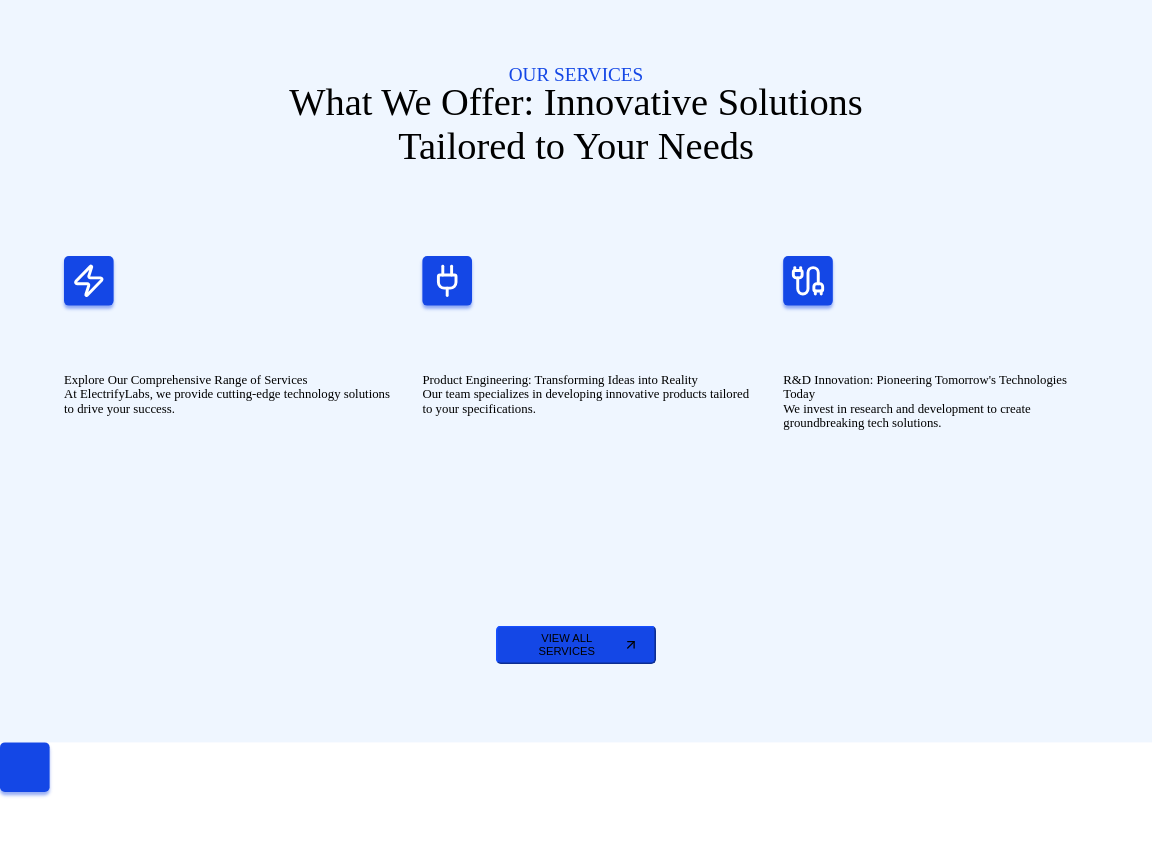
Repository: neelpatel6262/electrifylabs_homepage
Page: /
The author's editor kept a copy of each file at every save. The page is drawn from the files as they stood at one save, then again after a run of saves.
The browser window is 1280 px wide. The page is 1440 px wide, so the pictures cover 1440 px, including what lies to the right of the window. The pictures show the whole page, at 80% of full size.
The project was rebuilt for these pictures with package versions that can differ from the ones it lists, and the page was loaded fresh each time. Also part of the build but not shown: vite.config.js.

Above is the page before, as saved 2026-02-20 00:04:33.

### index.html
<!doctype html>
<html lang="en">
  <head>
    <meta charset="UTF-8" />
    <link rel="icon" type="image/svg+xml" href="/vite.svg" />
    <meta name="viewport" content="width=device-width, initial-scale=1.0" />
    <title>react-practice</title>
  </head>
  <body>
    <div id="root"></div>
    <script type="module" src="/src/main.jsx"></script>
  </body>
</html>

### src/main.jsx
import { StrictMode } from 'react'
import { createRoot } from 'react-dom/client'
import './index.css'
import ServiceSection from './components/ServiceSection.jsx'
import ServiceCard from './components/ServiceCard.jsx'



createRoot(document.getElementById('root')).render(
  <>
    <ServiceSection />
    <ServiceCard />
  </>
)

### src/index.css
@tailwind base;
@tailwind components;
@tailwind utilities;

:root {
  /* Color Variables */
  --primary-color: #1447e6;
  --primary-hover-color: #0f3bc4;
  --secondary-color: #eff6ff;
  --background-light: #bcdaff;
  --text-primary: #171717;
  --text-secondary: #433c38;
  --text-light: #9ca3af;
  --white: #ffffff;
  --black: #000000;
  --dark-text: #0c0a09;
  --border-color: #1447e6;
  --shadow-color: rgba(20, 71, 230, 0.44);
  --error-color: #ef4444;
  --error-dark: #dc2626;
  --success-color: #10b981;
  --success-dark: #059669;
  --warning-color: #f59e0b;
  --warning-dark: #d97706;
  --ripple-color: rgba(255, 255, 255, 0.3);

  /* Typography Variables */
  --font-family: "Space Grotesk", sans-serif;
  --font-size-xs: 10px;
  --font-size-sm: 12px;
  --font-size-base: 14px;
  --font-size-md: 16px;
  --font-size-lg: 18px;
  --font-size-xl: 24px;
  --font-size-2xl: 32px;
  --font-size-3xl: 36px;
  --font-size-4xl: 48px;
  --font-size-5xl: 86px;

  /* Font Weight Variables */
  --font-weight-normal: 400;
  --font-weight-medium: 500;
  --font-weight-semibold: 600;
  --font-weight-bold: 800;
  --font-weight-black: 900;

  /* Spacing Variables */
  --spacing-xs: 4px;
  --spacing-sm: 8px;
  --spacing-md: 12px;
  --spacing-base: 14px;
  --spacing-lg: 16px;
  --spacing-xl: 20px;
  --spacing-2xl: 22px;
  --spacing-3xl: 28px;
  --spacing-4xl: 42px;
  --spacing-5xl: 44px;
  --spacing-6xl: 46px;
  --spacing-7xl: 62px;
  --spacing-8xl: 78px;
  --spacing-9xl: 80px;
  --spacing-10xl: 100px;

  /* Border Radius Variables */
  --border-radius-sm: 6px;
  --border-radius-md: 12px;
  --border-radius-lg: 38px;
  --border-radius-xl: 44px;
  --border-radius-full: 50%;

  /* Shadow Variables */
  --shadow-sm: 0px 4px 4px 0px var(--shadow-color);
  --shadow-md: 0 8px 32px rgba(0, 0, 0, 0.1);
  --shadow-lg: 0 10px 40px rgba(0, 0, 0, 0.2);
  --shadow-xl: 0 12px 40px rgba(0, 0, 0, 0.15);

  /* Layout Variables */
  --container-width: 1440px;
  --content-width: 1280px;
  --navbar-height: 88px;
  --button-height: 48px;
  --input-height: 76px;

  /* Transition Variables */
  --transition-fast: 0.3s ease-in-out;
  --transition-medium: 0.5s cubic-bezier(0.68, -0.55, 0.265, 1.55);

  /* Line Height Variables */
  --line-height-tight: 100%;
  --line-height-normal: 120%;
  --line-height-relaxed: 140%;
  --line-height-loose: 160%;
}

* {
  margin: 0;
  padding: 0;
  box-sizing: border-box;
}


.service-section {
  width: var(--container-width);
  height: 928px;
  background-color: var(--secondary-color);
  padding: var(--spacing-9xl) var(--spacing-10xl) var(--spacing-9xl) var(--spacing-10xl);
}

.service-container {
  width: var(--content-width);
  height: 728px;
}

.service-intro-section {
  width: 765px;
  height: 162px;
  margin-left: 257.5px;
  margin-right: 257.5px;
  text-align: center;
}

.service-body-heading {
  height: var(--spacing-xl);
  width: 765px;
  font-size: var(--font-size-xl);
  text-transform: uppercase;
  color: var(--primary-color);
  font-weight: var(--font-weight-semibold);
  margin-bottom: var(--spacing-2xl);
}

.service-heading {
  width: 765px;
  height: 116px;
  text-align: center;
  font-weight: var(--font-weight-semibold);
  font-size: var(--font-size-4xl);
}

.services-cards-section {
  margin-top: var(--spacing-8xl);
  margin-bottom: var(--spacing-8xl);
  display: flex;
  width: var(--content-width);
  height: 362px;
  gap: 38px;
}

.service-card-one {
  width: 402px;
  height: 362px;
  border: 2px solid var(--primary-color);
  border-radius: var(--border-radius-md);
  padding: 33px 29px 33px 29px;
}

.service-icon {
  width: var(--spacing-7xl);
  height: var(--spacing-7xl);
  background-color: var(--primary-color);
  border-radius: var(--border-radius-sm);
  margin-bottom: 84px;
  padding: 9px;
  box-shadow: var(--shadow-sm);
}

.service-icon svg {
  width: var(--spacing-5xl);
  height: var(--spacing-5xl);
  color: var(--white);
}

.service-card-heading {
  font-size: var(--font-size-xl);
  line-height: var(--line-height-loose);
  width: 318px;
  height: 76px;
  font-weight: var(--font-weight-semibold);
  margin-bottom: var(--spacing-2xl);
}

.service-card-subheading {
  width: 344px;
  height: 52px;
  font-size: var(--font-size-md);
  line-height: var(--line-height-loose);
}

.service-card-two {
  width: 402px;
  height: 362px;
  border: 2px solid var(--primary-color);
  border-radius: var(--border-radius-md);
  padding: 33px 21px 33px 21px;
}

.service-card-two-heading {
  font-size: var(--font-size-xl);
  line-height: var(--line-height-loose);
  width: 361px;
  height: 76px;
  font-weight: var(--font-weight-semibold);
  margin-bottom: var(--spacing-2xl);
}

.service-card-two-subheading {
  width: 360px;
  height: var(--button-height);
  font-size: var(--font-size-md);
  line-height: var(--line-height-loose);
}

.service-card-three {
  width: 402px;
  height: 362px;
  border: 2px solid var(--primary-color);
  border-radius: var(--border-radius-md);
  padding: 33px 17px 33px 17px;
}

.service-card-three-heading {
  width: 386px;
  height: 76px;
  font-weight: var(--font-weight-semibold);
  margin-bottom: var(--spacing-2xl);
  font-size: var(--font-size-xl);
  line-height: var(--line-height-loose);
}

.service-card-three-subheading {
  font-size: var(--font-size-md);
  line-height: var(--line-height-loose);
  width: 353px;
  height: var(--button-height);
}

.service-btn {
  border-radius: var(--border-radius-sm);
  background-color: var(--primary-color);
  border-color: var(--primary-color);
  color: var(--white);
  font-size: var(--font-size-base);
  text-transform: uppercase;
  padding: 10px var(--spacing-xl) 10px var(--spacing-xl);
  width: 200px;
  height: var(--button-height);
  gap: var(--spacing-md);
  margin-left: 540px;
  letter-spacing: 1%;
  margin-right: 540px;
}

.service-btn:hover {
  box-shadow: var(--shadow-sm);
  transition: box-shadow var(--transition-fast);
}

.service-btn svg {
  width: var(--spacing-2xl);
  margin-left: var(--spacing-xs);
  align-items: center;
}

.service-btn-container {
  width: 168px;
  height: var(--spacing-xl);
  display: flex;
  align-items: center;
}

### src/components/ServiceSection.jsx
import { Zap, Plug, Cable, ArrowUpRight } from 'lucide-react';
import ServiceCard from './ServiceCard'

const cards = [
  {
    id: 1,
    icon: <Zap size={24} color="white" />,
    heading: "Explore Our Comprehensive Range of Services",
    subheading: "At ElectrifyLabs, we provide cutting-edge technology solutions to drive your success.",
  },
  {
    id: 2,
    icon: <Plug size={24} color="white" />,
    heading: "Product Engineering: Transforming Ideas into Reality",
    subheading: "Our team specializes in developing innovative products tailored to your specifications.",
  },
  {
    id: 3,
    icon: <Cable size={24} color="white" />,
    heading: "R&D Innovation: Pioneering Tomorrow's Technologies Today",
    subheading: "We invest in research and development to create groundbreaking tech solutions.",
  },
];

function ServiceSection() {
  return (
    <div className="w-[1440px] h-[928px] bg-[#eff6ff] p-[80px] mx-auto">
      <div className="w-[1280px] h-[728px] mx-auto">

        {/* Intro */}
        <div className="w-[765px] h-[162px] mx-auto text-center mb-20">
          <div className="h-[20px] w-[765px] text-[24px] uppercase text-[#1447e6] font-semibold mb-8">
            our services
          </div>
          <div className="w-[765px] h-[116px] text-center font-semibold text-[48px]">
            What We Offer: Innovative Solutions Tailored to Your Needs
          </div>
        </div>

        {/* Cards */}
        <div className="mt-[78px] mb-[78px] flex w-[1280px] h-[362px] gap-[38px]">
          {cards.map((card) => (
            <ServiceCard
              key={card.id}
              icon={card.icon}
              heading={card.heading}
              subheading={card.subheading}
            />
          ))}
        </div>

        {/* Button */}
        <button className="rounded-[6px] bg-[#1447e6] border-[#1447e6] text-white text-[14px] uppercase p-[10px_20px_10px_20px] w-[200px] h-[48px] gap-[12px] mx-auto mt-[100px] tracking-[1%] flex items-center justify-center hover:shadow-[0px_4px_4px_0px_rgba(20,71,230,0.44)] transition-shadow duration-300">
          <div className="flex items-center">
            view all services
            <ArrowUpRight size={20} className="ml-[4px]" />
          </div>
        </button>

      </div>
    </div>
  );
}

export default ServiceSection;

### src/components/ServiceCard.jsx
function ServiceCard({ icon, heading, subheading, cardClass, headingClass, subheadingClass }) {


  return (
    <div className={cardClass}>
      <div className="service-icon">
        {icon}
      </div>
      <div className={headingClass}>
        {heading}
      </div>
      <div className={subheadingClass}>
        {subheading}
      </div>
    </div>
  );


}

export default ServiceCard;

After the next 2 saves:
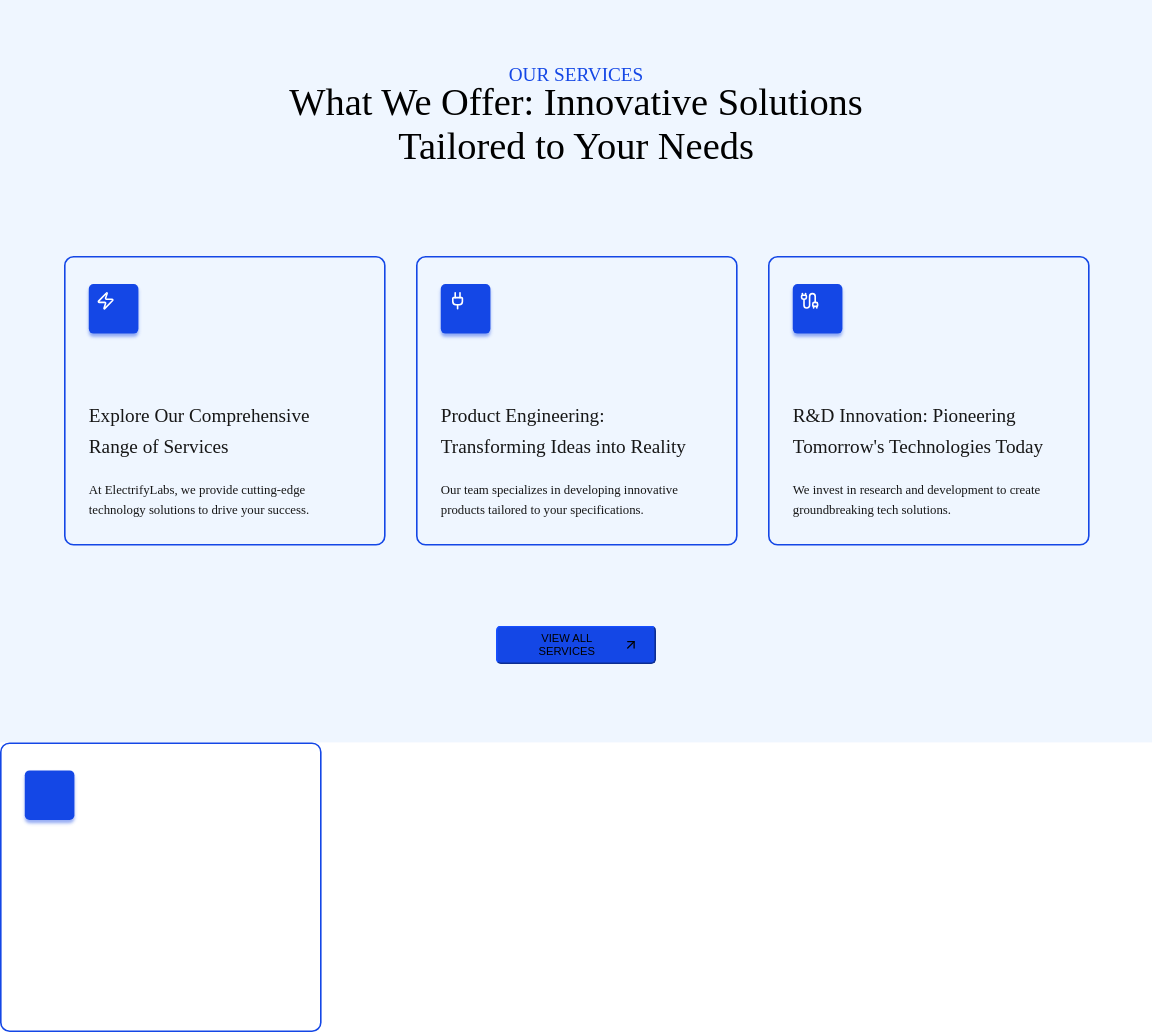
The 2 saves are shown as one change because 1 did not build or start.
The last was saved 56 s later.
--- a/src/components/ServiceCard.jsx
+++ b/src/components/ServiceCard.jsx
@@ -1,15 +1,25 @@
-function ServiceCard({ icon, heading, subheading, cardClass, headingClass, subheadingClass }) {
+function ServiceCard({ icon, heading, subheading, cardType = 1 }) {
 
+  // Define card styles based on type
+  const cardStyles = {
+    1: "w-[402px] h-[362px] border-[2px] border-[#1447e6] rounded-[12px] p-[33px_29px_33px_29px]",
+    2: "w-[402px] h-[362px] border-[2px] border-[#1447e6] rounded-[12px] p-[33px_21px_33px_21px]",
+    3: "w-[402px] h-[362px] border-[2px] border-[#1447e6] rounded-[12px] p-[33px_17px_33px_17px]"
+  };
+
+  const headingWidth = cardType === 2 ? "w-[361px]" : cardType === 3 ? "w-[386px]" : "w-[318px]";
+  const subheadingWidth = cardType === 2 ? "w-[360px]" : cardType === 3 ? "w-[353px]" : "w-[344px]";
+  const subheadingHeight = cardType === 2 ? "h-[48px]" : "h-[52px]";
 
   return (
-    <div className={cardClass}>
-      <div className="service-icon">
+    <div className={cardStyles[cardType] || cardStyles[1]}>
+      <div className="w-[62px] h-[62px] bg-[#1447e6] rounded-[6px] mb-[84px] p-[9px] shadow-[0px_4px_4px_0px_rgba(20,71,230,0.44)]">
         {icon}
       </div>
-      <div className={headingClass}>
+      <div className={`text-[24px] leading-[160%] ${headingWidth} h-[76px] font-semibold mb-[22px] text-[#171717]`}>
         {heading}
       </div>
-      <div className={subheadingClass}>
+      <div className={`text-[16px] leading-[160%] text-[#171717] ${subheadingWidth} ${subheadingHeight}`}>
         {subheading}
       </div>
     </div>
